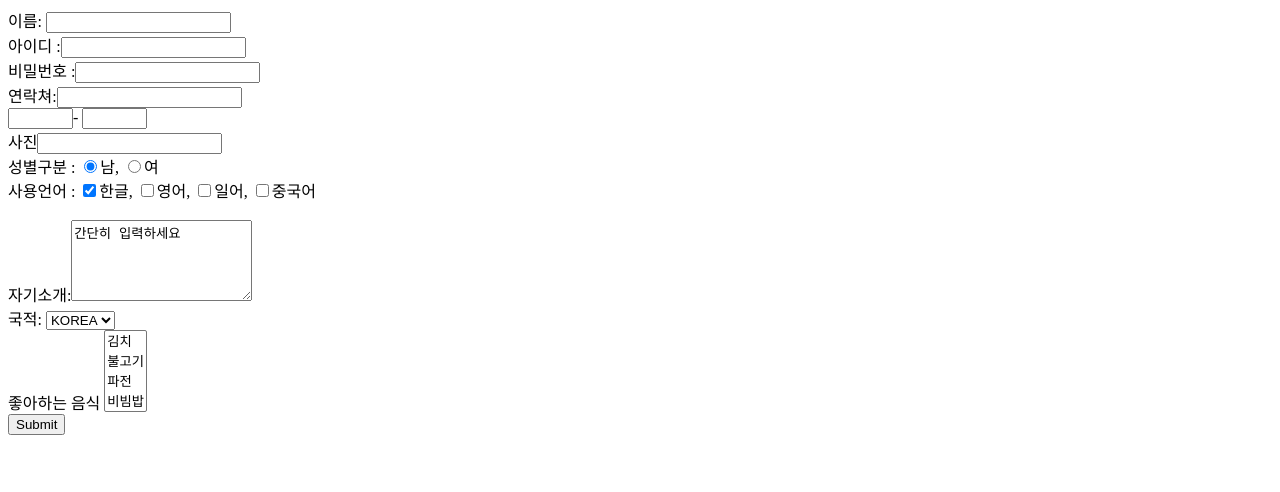
Repository: luna2222/web
Page: 01HTML5/WebContent/[4강]HTML태그/04_01Form.html
An editor plug-in stored every save of this project. The page is shown before and after the next save, followed by the edit.
The browser window is 1280 px wide. The pictures show the whole page.

Above is the page before, as saved 2019-02-24 07:26:25.

After the next save:
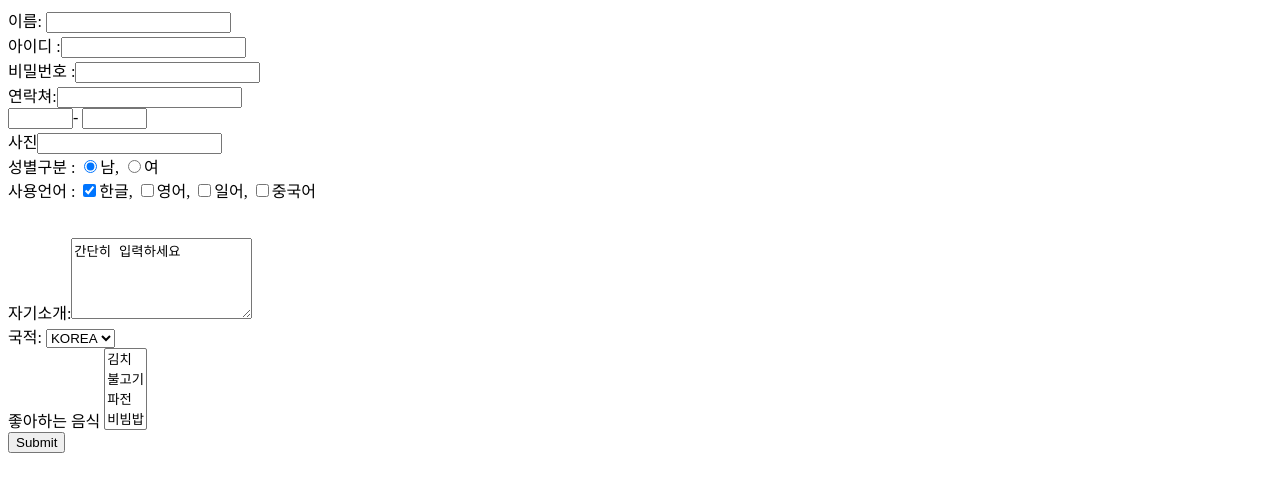
Saved 18 s later.
--- a/01HTML5/WebContent/[4강]HTML태그/04_01Form.html
+++ b/01HTML5/WebContent/[4강]HTML태그/04_01Form.html
@@ -18,7 +18,7 @@
 	사용언어 :  <input type="checkbox" name="lan" value="kor" checked="checked"/>한글,
 				<input type="checkbox" name="lan" value="eng"/>영어,
 				<input type="checkbox" name="lan" value="jap"/>일어,
-				<input type="checkbox" name="lan" value="chi"/>중국어<br/><br/>
+				<input type="checkbox" name="lan" value="chi"/>중국어<br/><br/><br/>
 	자기소개:<textarea rows="5" cols="20">간단히 입력하세요 </textarea><br/>
 	국적: <select>
 	<option>KOREA</option>

After the save that followed:
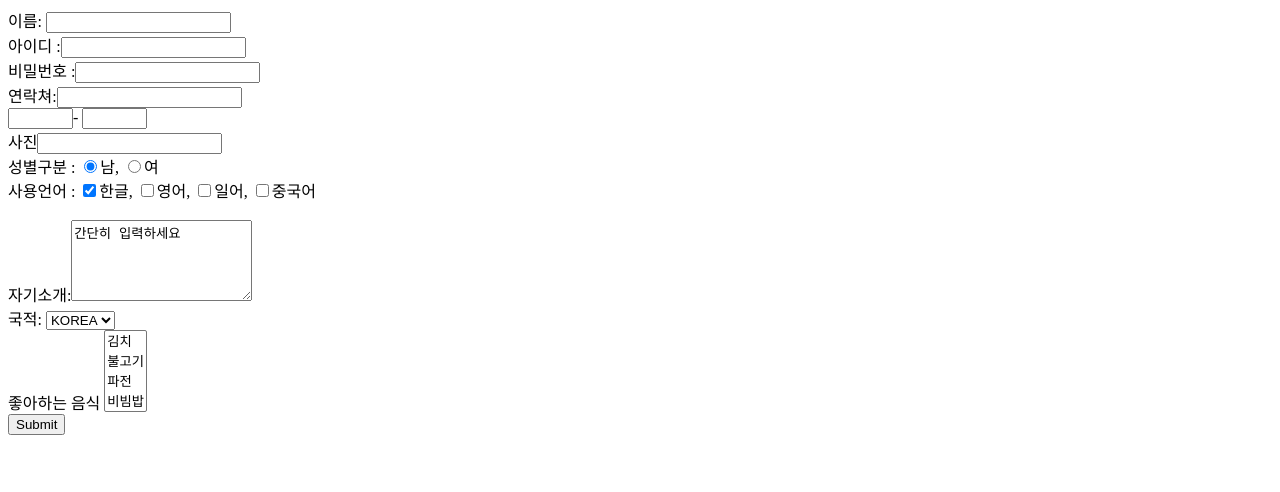
Saved 17 s later.
--- a/01HTML5/WebContent/[4강]HTML태그/04_01Form.html
+++ b/01HTML5/WebContent/[4강]HTML태그/04_01Form.html
@@ -18,7 +18,7 @@
 	사용언어 :  <input type="checkbox" name="lan" value="kor" checked="checked"/>한글,
 				<input type="checkbox" name="lan" value="eng"/>영어,
 				<input type="checkbox" name="lan" value="jap"/>일어,
-				<input type="checkbox" name="lan" value="chi"/>중국어<br/><br/><br/>
+				<input type="checkbox" name="lan" value="chi"/>중국어<br/><br/>
 	자기소개:<textarea rows="5" cols="20">간단히 입력하세요 </textarea><br/>
 	국적: <select>
 	<option>KOREA</option>
